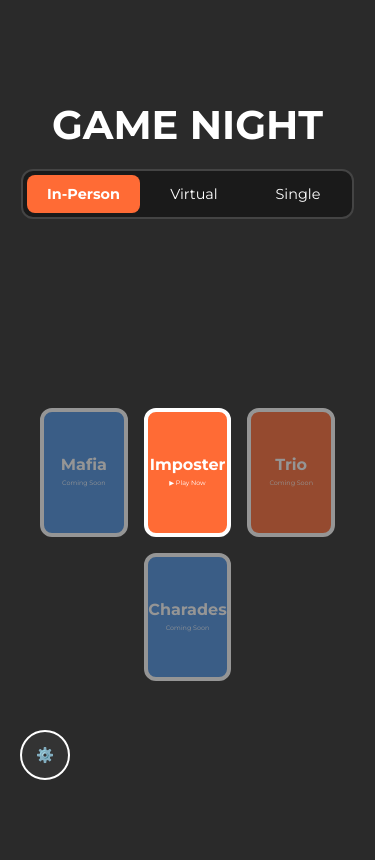
Repository: nfemmanuel/game-night-app
Page: /
An editor plug-in stored every save of this project. The page is shown before and after the next save, followed by the edit.
The browser window is 375 px wide. The pictures show the whole page.
The project was rebuilt for these pictures with package versions that can differ from the ones it lists, and the page was loaded fresh each time. Also part of the build but not shown: src/components/BackButton.jsx, src/components/HelpButton.jsx, src/pages/imposter/ImposterSetup.jsx, src/data/wordList.js, src/pages/imposter/ImposterReveal.jsx, src/pages/imposter/ImposterVoting.jsx.

Above is the page before, as saved 2026-01-03 19:50:02.

After the next save:
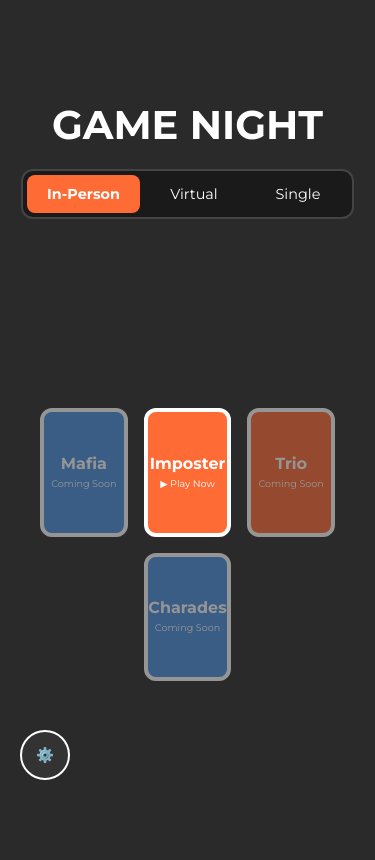
Saved 6 s later.
--- a/src/components/GameCard.module.css
+++ b/src/components/GameCard.module.css
@@ -100,7 +100,7 @@
     }
 
     .cardStatus {
-        font-size: 0.4rem;
+        font-size: 0.6rem;
         margin-top: 3px;
         white-space: nowrap;
     }
